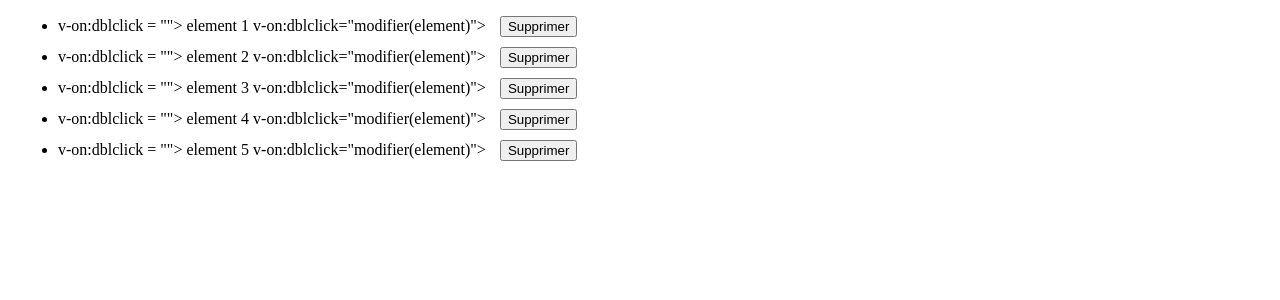
Repository: arione15/Livre_Serrion-Vue.js
Page: liste_ch3.html
An editor plug-in stored every save of this project. The page is shown before and after the next save, followed by the edit.
The browser window is 1280 px wide. The pictures show the whole page.

Above is the page before, as saved 2021-09-07 13:42:48.

After the next save:
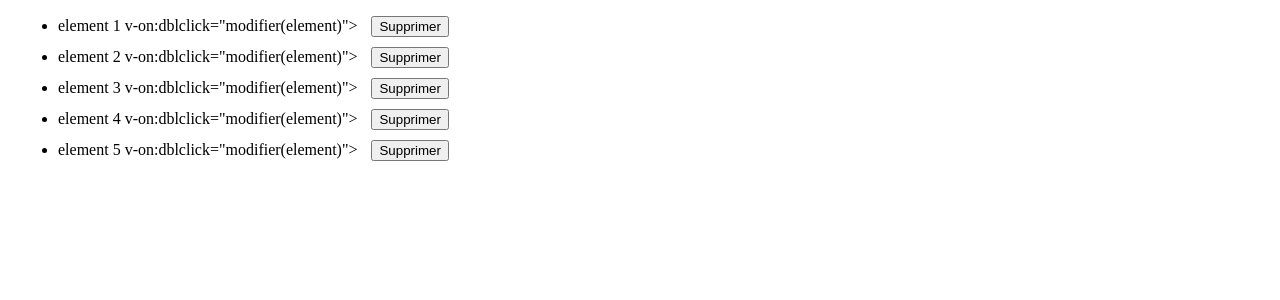
Saved 36 s later.
--- a/liste_ch3.html
+++ b/liste_ch3.html
@@ -22,7 +22,7 @@
             <div>
                 <ul>
                     <li v-for="(element, index) of elements" style="margin:10px;">
-                        <span v-if="!element.modifyOn"> v-on:dblclick = ""> {{ element.text }} </span>
+                        <span v-if="!element.modifyOn" v-on:dblclick = ""> {{ element.text }} </span>
                         <input </input>
                         v-on:dblclick="modifier(element)">
                         <button @click="supprimer(element)" style="margin-left:10px;">Supprimer</button>
